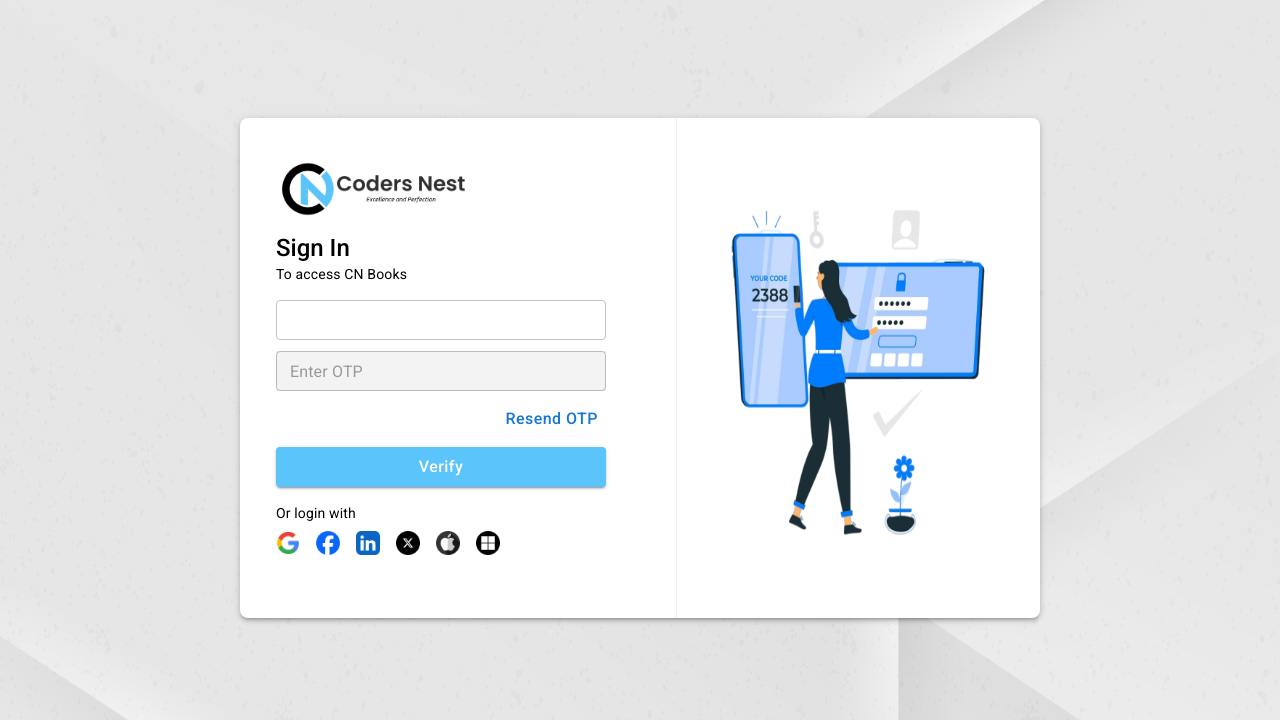
Repository: wajahadalishaik04/CN_Books
Page: /otpscreen
These files come from the project's save history. The page is drawn as it stood at one moment and after a run of saves; the edit follows.
The browser window is 1280 px wide. The pictures show the whole page.
The project was rebuilt for these pictures with package versions that can differ from the ones it lists, and the page was loaded fresh each time. Also part of the build but not shown: vite.config.js, src/pages/LoginScreen.jsx, src/pages/Signin.jsx, src/pages/SignUp.jsx, src/pages/VerifyScreen.jsx, src/components/Header.jsx, src/components/SideBar.jsx, src/components/Content.jsx and 7 more.

Above is the page before, as saved 2024-09-30 18:17:57.

### index.html
<!DOCTYPE html>
<html lang="en">
  <head>
    <meta charset="UTF-8" />
    <link rel="preconnect" href="https://fonts.googleapis.com" />
    <link rel="preconnect" href="https://fonts.gstatic.com" crossorigin />
    <link
      rel="stylesheet"
      href="https://fonts.googleapis.com/css2?family=Roboto:wght@300;400;500;700&display=swap"
    />

    <meta name="viewport" content="width=device-width, initial-scale=1.0" />
    <title>CN_BOOKS</title>
  </head>
  <body>

    <div id="root"></div>
    <script type="module" src="/src/main.jsx"></script>
  </body>
</html>

### src/main.jsx
import { createRoot } from 'react-dom/client'
import App from './App.jsx'
import { Provider } from 'react-redux'
import store from './store/store.js'
import './styles/index.css'
createRoot(document.getElementById('root')).render(
 <Provider store={store}>
   <App />
 </Provider>
)

### src/App.jsx
import React from "react";
import LoginScreen from "./pages/LoginScreen";
import { BrowserRouter, Routes, Route, Navigate } from "react-router-dom";
import Signin from "./pages/Signin";
import { useSelector } from "react-redux";
import OtpScreen from "./pages/OtpScreen";
import SignUp from "./pages/SignUp";
import VerifyScreen from "./pages/VerifyScreen";
import DashboardScreen from "./pages/DashboardScreen";
import SideBar from "./components/SideBar";
import Header from "./components/Header";
import Customer from "./pages/Customer";
import WrapComponent from "./pages/WrapComponent";
import Category from "./pages/Category";
import NewCustomer from "./pages/customerscreens/NewCustomer";

const App = () => {
  const { user } = useSelector((e) => e.userReducer);
  return (
    <>
      <BrowserRouter>
        <Routes>
          <Route element={<WrapComponent />}>
            <Route path="/dashboardscreen" element={<DashboardScreen />} />
            <Route path="/customer" element={<Customer />} />
            <Route path="/category" element={<Category />} />
            <Route path="/newcustomer" element={<NewCustomer />} />

          </Route>
          <Route
            path="/"
            element={<Navigate to={user ? "/signin" : "/LoginScreen"} />}
          />
          <Route
            path="/signin"
            element={user ? <Navigate to={"/dashboardscreen"} /> : <Signin />}
          />
          <Route path="/loginscreen" element={<LoginScreen />} />
          <Route path="/otpscreen" element={<OtpScreen />} />
          <Route path="/signup" element={<SignUp />} />
          <Route path="/verifyscreen" element={<VerifyScreen />} />
        </Routes>
      </BrowserRouter>
    </>
  );
};

export default App;

### src/store/store.js
import { configureStore } from "@reduxjs/toolkit";
import { userReducer } from "./reducer";

const store = configureStore({
    reducer:{userReducer}
})
export default store;

### src/styles/index.css
*
{
    margin: 0;
    padding: 0;
    border: none;

}
.img
{
    background-color: red;
    background-clip: content-box;
    -webkit-background-clip: content-box;
    visibility: hidden;
}

### src/pages/OtpScreen.jsx
import React, { useState, useEffect } from "react";
import {
  Box,
  Button,
  TextField,
  Typography,
  Snackbar,
  Alert,
  styled,
} from "@mui/material";
import { images } from "../utils/ImgUtils";
import { Link, useLocation, useNavigate } from "react-router-dom";

const OtpScreen = () => {
  const [otp, setOtp] = useState(""); // Store entered OTP
  const [sentOtp, setSentOtp] = useState(""); // Store generated OTP
  const [error, setError] = useState(""); // Store error messages
  const [resendDisabled, setResendDisabled] = useState(false); // Timer control for Resend OTP button
  const [snackbarOpen, setSnackbarOpen] = useState(false); // Snackbar control
  const [snackbarMessage, setSnackbarMessage] = useState(""); // Snackbar message
  const [successSnackbarOpen, setSuccessSnackbarOpen] = useState(false); // Success Snackbar
  const [timer, setTimer] = useState(0); // Timer state for Resend button

  const navigate = useNavigate();
  const location = useLocation();
  const { emailMobile } = location.state || {};

  // Styled Resend Button
  const ResendOtp = styled(Button)({
    textTransform: "none",
    fontSize: "1rem",
  });

  // Function to generate OTP
  const generateOtp = () => {
    const randomOtp = Math.floor(100000 + Math.random() * 900000).toString(); // Generate a 6-digit OTP
    setSentOtp(randomOtp); // Store the OTP
    return randomOtp;
  };

  // Function to show snackbar
  const handleSnackbarOpen = (message) => {
    setSnackbarMessage(message);
    setSnackbarOpen(true);
  };

  const handleSnackbarClose = () => {
    setSnackbarOpen(false);
  };

  const handleSuccessSnackbarClose = () => {
    setSuccessSnackbarOpen(false);
  };

  // Function to send OTP (called on "Sent" button click)
  const sendOtp = () => {
    const otp = generateOtp(); // Generate OTP locally
    handleSnackbarOpen(`OTP: ${otp}`); // Show OTP in snackbar
  };

  // Resend OTP with 30-second timer
  const handleResendOtp = () => {
    sendOtp(); // Generate and display the OTP
    setResendDisabled(true);
    setTimer(30); // Set the countdown timer to 30 seconds
  };

  // Timer countdown for the Resend button
  useEffect(() => {
    if (timer > 0) {
      const countdown = setInterval(() => {
        setTimer((prev) => prev - 1);
      }, 1000);

      return () => clearInterval(countdown);
    } else {
      setResendDisabled(false); // Enable the Resend button after timer ends
    }
  }, [timer]);

  // Handle OTP submission and verification
  const handleSubmit = () => {
    if (!otp) {
      setError("OTP is required."); // Show error if no OTP is entered
    } else if (otp !== sentOtp) {
      setError("Invalid OTP. Please try again.");
    } else {
      setError(""); // Clear error on successful OTP
      setSuccessSnackbarOpen(true); // Show success message
      setTimeout(() => {
        navigate("/dashboardscreen"); // Navigate to the next screen after success
      }, 2000); // Delay navigation to show the success message
    }
  };

  return (
    <Box
      display="flex"
      justifyContent="center"
      alignItems="center"
      width="100%"
      height="100vh"
      sx={{ backgroundImage: "url(/images/BackgroundImg.jpeg)" }}
    >
      <Box
        display="flex"
        bgcolor="#fff"
        boxShadow={3}
        marginTop={2}
        borderRadius="8px"
        overflow="hidden"
        width="800px"
        height="500px"
      >
        {/* Left Side - OTP Form */}
        <Box flex={1} p={4.5} mt={1} component={"form"}>
          <Box flex={1} sx={{ width: "330px" }}>
            <Box
              display="flex"
              justifyContent="space-between"
              alignItems="center"
            >
              <img
                src={images.codersnestLogo}
                alt="Logo"
                style={{ width: 200 }}
              />
            </Box>
            <Typography variant="h5" fontWeight={500} mt={2}>
              Sign In
            </Typography>
            <Typography variant="body2" color="default" mb={2}>
              To access CN Books
            </Typography>

            <TextField
              sx={{ marginBottom: 1.4 }}
              size="small"
              fullWidth
              defaultValue={emailMobile}
              InputProps={{ readOnly: true }} // Read-only input for email/mobile
            />

            <TextField
              size="small"
              type="text"
              placeholder="Enter OTP"
              fullWidth
              value={otp}
              onChange={(e) => setOtp(e.target.value)}
              sx={{
                fontWeight: "500",
                backgroundColor: "#F3F3F3",
                "&:hover": {
                  backgroundColor: "#FFF",
                },
                "& .MuiOutlinedInput-root": {
                  "&.Mui-focused": {
                    backgroundColor: "#EBF9FF",
                    borderColor: "#5BC4FA",
                  },
                },
              }}
              error={!!error} // Show error if there is any
              helperText={error}
            />

            {/* Resend OTP button with timer */}
            <Box sx={{ display: "flex", justifyContent: "flex-end", mt: 1 }}>
              <ResendOtp onClick={handleResendOtp} disabled={resendDisabled}>
                Resend OTP {resendDisabled && `(${timer}s)`}
              </ResendOtp>
            </Box>

            {/* Verify Button */}
            <Button
              onClick={handleSubmit}
              variant="contained"
              fullWidth
              sx={{
                backgroundColor: "#5BC4FA",
                mt: 1,
                textTransform: "none",
                fontSize: "1rem",
              }}
            >
              Verify
            </Button>
            <Typography variant="body2" color="#000000" mt={2}>
              Or login with
            </Typography>
            {/* Social Icons */}
            <Box display="flex" justifyContent="flex-start" gap={2} mt={1}>
              <img src={images.googleicon} width={24} alt="googleicon" />
              <img src={images.facebookicon} width={24} alt="facebookicon" />
              <img src={images.linkedinicon} width={24} alt="linkedinicon" />
              <img src={images.xicon} width={24} alt="xicon" />
              <img src={images.appleicon} width={24} alt="appleicon" />
              <img src={images.windowsicon} width={24} alt="windowsicon" />
            </Box>


            {/* Snackbar for OTP display */}
            <Snackbar
              open={snackbarOpen}
              autoHideDuration={3000}
              onClose={handleSnackbarClose}
              anchorOrigin={{ vertical: "top", horizontal: "center" }}
            >
              <Alert
                onClose={handleSnackbarClose}
                severity="info"
                sx={{ width: "100%" }}
              >
                {snackbarMessage}
              </Alert>
            </Snackbar>

            {/* Success Snackbar for OTP verification */}
            <Snackbar
              open={successSnackbarOpen}
              autoHideDuration={3000}
              onClose={handleSuccessSnackbarClose}
              anchorOrigin={{ vertical: "top", horizontal: "center" }}
            >
              <Alert
                onClose={handleSuccessSnackbarClose}
                severity="success"
                sx={{ width: "100%" }}
              >
                Sign in was successfully completed!
              </Alert>
            </Snackbar>
          </Box>
        </Box>
        <Box sx={{ borderRight: "1.5px solid #EFEFEF" }}></Box>

        {/* Right Side - Illustration Image */}
        <Box
          flex={1}
          display="flex"
          justifyContent="center"
          alignItems="center"
          sx={{ display: { xs: "none", sm: "flex" } }}
        >
          <img
            src={images.otpImg}
            alt="Illustration"
            width="100%"
            height="90%"
            objectFit="cover"
          />
        </Box>
      </Box>
    </Box>
  );
};

export default OtpScreen;

### src/store/reducer.js
import { createReducer } from "@reduxjs/toolkit";

export const userReducer = createReducer({user:null},(builder)=>
{
    builder.addCase("loginUser",(state,action)=>
    {
        state.user = action.payload
    })
})

### src/utils/ImgUtils.js
export const images ={
    backgroundImg:"./images/BackgroundImg.jpeg",
    codersnest:"./images/codersnest.png",
    codersnestLogo:"./images/codersnest1.png",
    loginImg:"./images/login_illustration.png",
    otpImg:"./images/otpImg.png",
    signupImg:"./images/signup.png",
    googleicon:"./images/google-color-icon.png",
    facebookicon:"./images/facebook-round-color-icon.png",
    linkedinicon:"./images/linkedin-app-icon.png",
    xicon:"./images/x-social-media-round-icon.png",
    officemanImg:"./images/officeman.png",
    appleicon:"./images/apple.png",
    windowsicon:"./images/windows.png",
    Arrowdownicon:"./images/Arrowdown.png",
    Customericon:"./images/Customer.png",
    Addressicon:"./images/Address.png",
    Passwordicon:"./images/Password.png",
    Accounticon:"./images/Account.png",
    Logouticon:"./images/Logout.png",
    dashboardwhiteicon:"./images/DashboardWhiteIcon.png",
    dashboardicon:"./images/DashboardIcon.png",
    groupcustomericon:"./images/GroupCustomerIcon.png",
    groupcustomerwhiteicon:"./images/GroupCustomerWhiteIcon.png",
    categoryicon:"./images/categoryicon.png",
    categorywhiteicon:"./images/CategoryWhiteIcon.png",
    editicon:"./images/EditIcon.png",
    binicon:"./images/EditIcon.png",
    editicon:"./images/BinIcon.png",
    hiddenicon:"./images/HiddenIcon.png",
    verticaldoticon:"./images/VerticalDots.png",
    dollararrowicon:"./images/dollarArrow.png",
    doticon:"./images/dotIcon.png"
}

After the next 2 saves:
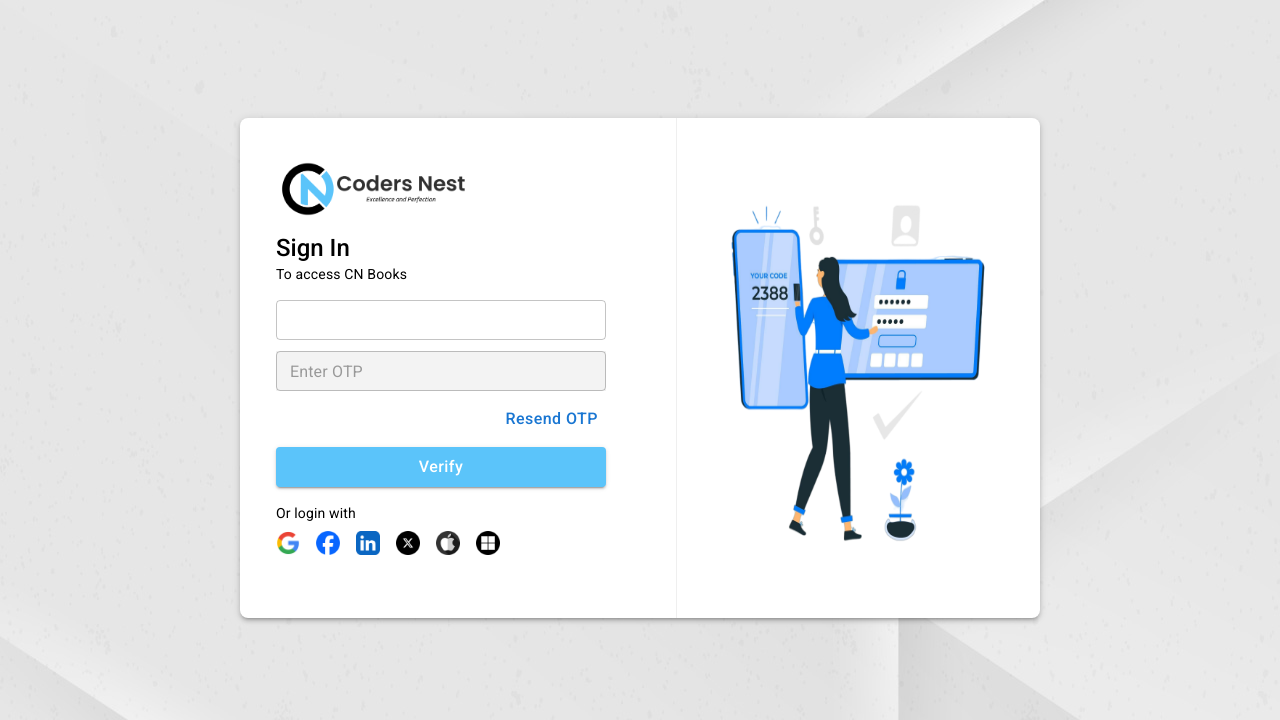
The 2 saves are shown as one change because they came seconds apart.
The last was saved 13 s later.
--- a/src/pages/OtpScreen.jsx
+++ b/src/pages/OtpScreen.jsx
@@ -247,7 +247,7 @@ const OtpScreen = () => {
             src={images.otpImg}
             alt="Illustration"
             width="100%"
-            height="90%"
+            height="93%"
             objectFit="cover"
           />
         </Box>
